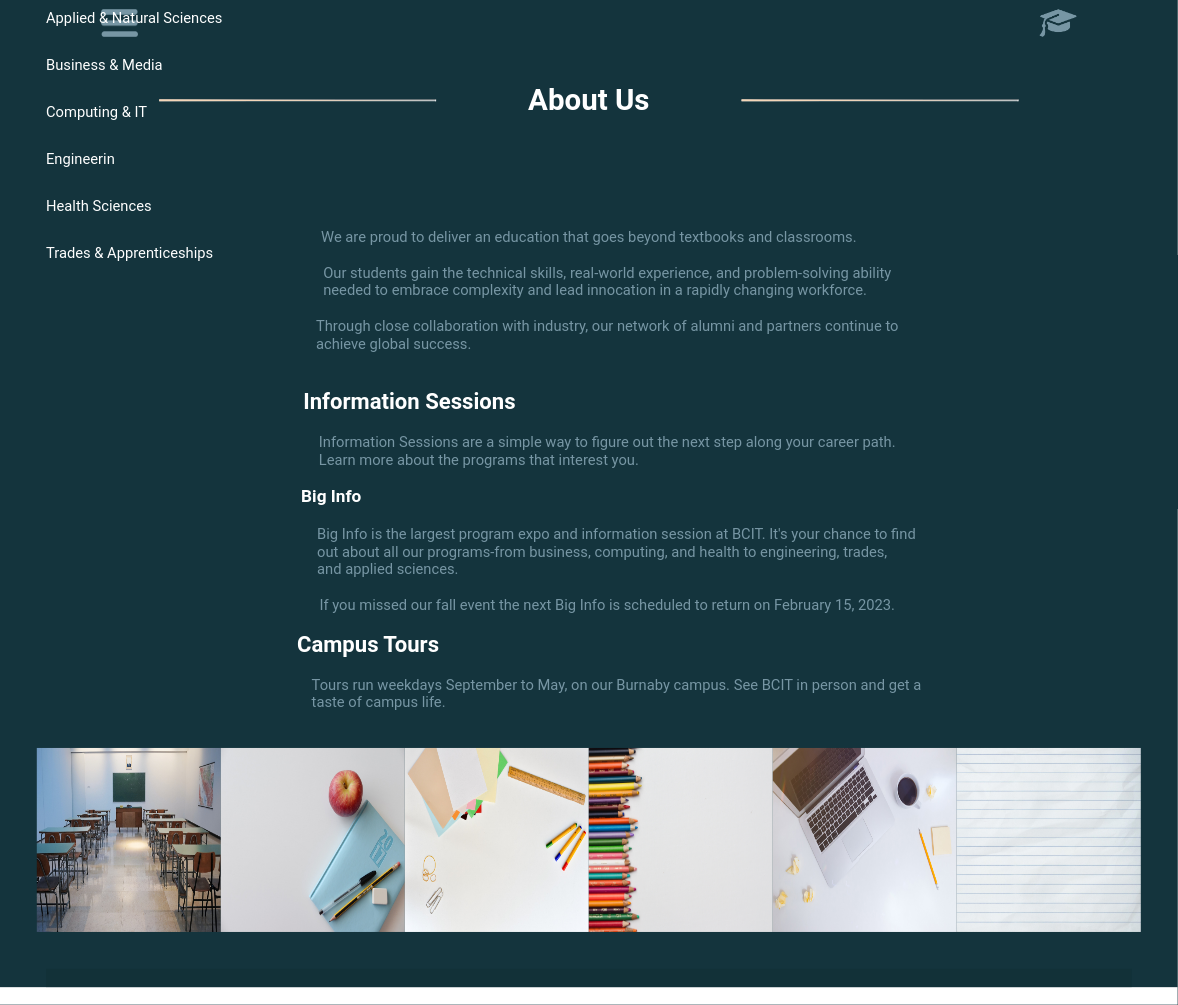
Repository: Sheraliramzan/Aly_A01253508_Assignment1
Page: /about
The author's editor kept a copy of each file at every save. The page is drawn from the files as they stood at one save, then again after a run of saves.
The browser window is 1280 px wide. The pictures show the whole page, at 92% of full size.
The project was rebuilt for these pictures with package versions that can differ from the ones it lists, and the page was loaded fresh each time. The framework's server and built-in components were replaced by stand-ins that run in the browser. Also part of the build but not shown: next.config.js.

Above is the page before, as saved 2023-02-05 10:04:49.

### pages/about.js
import Head from 'next/head'
import Image from 'next/image'
import styles from '../styles/Home.module.css'
import dynamic from "next/dynamic";
import Nav from '../comp/nav/nav';


const About = () => {
  return (
    <>
      <Head>
        <title>About Us</title>
        <meta name="author" content="MDIA 2109" />
        <meta property="og:title" content= 'Assignment #1 - About Us Page'/>
        <meta property="og:description" content= "BCIT Digital Design and Development Diploma"/>
        <meta name="viewport" content="width=device-width, initial-scale=1" />
        <link rel="icon" href="/favicon.png" />
      </Head>
      <main className={styles.main}>
        <div className="aboutcont">
          <Nav/>
          <div>
              <div className='headcont1'>
                <hr className='hori'></hr>
                <h1 className='header'>About Us</h1>
                <hr className='hori1'></hr>
                <h1></h1>
              </div>
              <div className='paracont'>
                <p className='para2'> We are proud to deliver an education that goes beyond textbooks
                  and classrooms.</p>
                <p className='para3'> Our students gain the technical skills, real-world experience,
                  and problem-solving ability <br /> needed to embrace complexity
                  and lead innocation in a rapidly changing workforce.</p>
                <p className='para3'>Through close collaboration with industry, our network of alumni
                  and partners continue to <br /> achieve global success.</p>
              </div>
                <h2 className='header2'> Information Sessions</h2>
                <p className='para3'> Information Sessions are a simple way to figure out the next
                  step along your career path. <br /> Learn more about the
                programs that interest you.</p>
                <h3 className='header3'>Big Info</h3>
              <p className='para4'> Big Info is the largest program expo and information session at
                BCIT. It's your chance to find <br /> out about all our
                programs-from business, computing, and health to engineering,
                trades,
                <br /> and applied sciences.
              </p>
              <p className='para3'>If you missed our fall event the next Big Info is scheduled to
                return on February 15, 2023.
              </p>
              <h2 className="header4">Campus Tours</h2>
              <p className='para4'>  Tours run weekdays September to May, on our Burnaby campus. See
                BCIT in person and get a <br /> taste of campus life.</p>
          </div>
          <div>
            <div id="carouselImage">
                <Image src={"/0.jpg"} width={200} height={200}></Image>
                <Image src={"/1.jpg"} width={200} height={200}></Image>
                <Image src={"/2.jpg"} width={200} height={200}></Image>
                <Image src={"/3.jpg"} width={200} height={200}></Image>
                <Image src={"/4.jpg"} width={200} height={200}></Image>
                <Image src={"/5.jpg"} width={200} height={200}></Image>
            </div >
          </div>
          <div id="testOnImageHere">
                    <ul>
                      <li>Applied & Natural Sciences</li>
                      <li>Business & Media</li>
                      <li>Computing & IT</li>
                      <li>Engineerin</li>
                      <li>Health Sciences</li>
                      <li>Trades & Apprenticeships</li>
                    </ul>
                  </div>
        </div>
        <a>
            <span>
                <img></img>
                <img></img>
            </span>
        </a>
      </main>
    </>
  )
}
export default dynamic (() => Promise.resolve(About), {ssr: false})

### styles/globals.css


* {
  box-sizing: border-box;
  padding: 0;
  margin: 0;
}

html,
body {
  margin: 0;
  padding: 0;
  font-family: "Roboto", sans-serif;
  scrollbar-width: none;

}
.menuimg{
  margin-left: 100px;
}
.gardimg{
  margin-right: 100px;
}
.navcont {
  display: flex;
  align-items: center;
  justify-content: space-between;
  padding: 10px;
}
.menucont{
  position: absolute;
  top: 0rem;
  left: 4rem;
}
a{
  color: var(--primary-color);
  text-decoration: none;
}

ul {
  display: flex;
  flex-direction: column;
  position: absolute;
  top: 10px;
  left: 50px;
  gap: 2rem;
  text-decoration: none;
}

ul > li {
  list-style-type: none;
  text-decoration: none;
  color: var(--primary-color);
}
.listcont{
  position: absolute;
  display: flex;
  align-items: flex-start;
  left: 3rem;
  top: 3rem;
}

.btncont {
  display: flex;
}

.close {
  background-color: transparent;
  border: none;
  font-size: larger;
  color: var(--primary-color);
}

.fullcont{
  width: 100vw;
  height: 100vh;
  background-image: url("/background-images/backgroundMountain.jpg");
  background-size: cover;
}
.but1{
  margin: 2px;
  padding: 5px 15px;
  background: none;
  border: 1px solid var(--primary-color);
  border-radius: 5px;
  color:var(--primary-color) ;
}
.butcont{
 margin-left: 250px;
}

.but1:hover{
  background-color: var( --primary-color);
  color: var(--quinary-color);
}
.downarrow{
  position: relative;
  left: 650px;
  top:50px;
}
.headcont{
  display: flex;
  flex-direction: column;
  width: 25%;
  margin-top: 320px;
  margin-left: 250px;
}
.headhome{
  color: var(--primary-color);
  font-size: 25px;
  margin-bottom: 10px;
}
.horidiv{
  width: 60%;
  border: 1px solid var(--secondary-color);
  margin-bottom: 10px;
}
.para1{
  color: var(--primary-color);
  font-size:12px;
  width: 100%;
  opacity: 0.8;
}
.aboutcont{
  width: 100%;
  background-color: var( --quaternary-color);
  justify-content: center;
}
.hori{
  border-left: 300px solid var(--secondary-color);
  width: 100px;
  height: 1px;
  margin-right: 100px;
}
.hori1{
  border-left: 300px solid var(--secondary-color);
  width: 100px;
  height: 1px;
  margin-left: 100px;
}
.headcont1{
  text-align: center;
  margin-top: 40px;
  display: flex;
  justify-content: center;
  align-items: center;
}
.header{
  color: var(--primary-color);
}
.paracont{
  display: flex;
  flex-direction: column;
  color: var(--ternary-color);
  justify-content: center;
  align-items: center;
  margin-top: 100px;

}
.para2{
  margin-top: 20px;
  margin-bottom: 20px;
}
.header2{
  display: flex;
  flex-direction: column;
  align-items: center;
  margin-right: 390px;
  margin-top: 20px;
  margin-bottom: 20px;
  color: var(--primary-color);
}
.header3{
  display: flex;
  flex-direction: column;
  align-items: center;
  margin-right: 560px;
  margin-top: 20px;
  margin-bottom: 20px;
  color: var(--primary-color);
}
.header4{
  display: flex;
  flex-direction: column;
  align-items: center;
  margin-right: 480px;
  margin-top: 20px;
  margin-bottom: 20px;
  color: var(--primary-color);
}
.para3{
  color: var(--ternary-color);
  display: flex;
  align-items: center;
  justify-content: center;
  margin-bottom: 20px;
  margin-left: 40px;
}
.para4{
  color: var(--ternary-color);
  display: flex;
  align-items: center;
  justify-content: center;
  margin-bottom: 20px;
  margin-left: 60px;
}
#carouselImage{
  height: 200px;
  background-repeat: no-repeat;
  background-size: cover;
  display: flex;
  justify-content: center;
  align-items: center;
  margin: 40px 0px;
}
#testOnImageHere{
  background-color: rgba(16, 46, 53, 0.5);
  padding: 10px;
  margin: 0px 50px;
}

### styles/variables.css
:root{
    --primary-color:#fff;
    --secondary-color:#f4d6b9;
    --ternary-color: #7796a4;
    --quaternary-color:#14343d;
    --quinary-color:rgba(16,46,53,0.5);
}

### styles/Home.module.css
.main {
  display: flex;
  flex-direction: column;
  justify-content: space-between;
  align-items: center;
}

### comp/nav/nav.js
import Head from 'next/head'
import Image from 'next/image'
import { useState } from 'react'
import { useRouter } from 'next/router'
import Link from 'next/link'

export default function Nav(){
    const [isMenuOpen, setIsMenuOpen] = useState(false);
  const handleClick = () => {
    setIsMenuOpen(!isMenuOpen);
  };
  const router = useRouter();
    return (
    <>
        <div className="navcont">
              <Image alt='menu' className='menuimg'
                src={"/icons/menu-icon.png"}
                width={40}
                height={30}
                onClick={handleClick}
              />
              <Image alt='grad' className='gardimg' src={"/icons/graduation-hat.png"} width={40} height={30} />
          </div>
          {isMenuOpen && (
            <div className="menucont">
              <div className="listcont">
                <div className="btncont">
                  <button className="close" onClick={handleClick}>
                    X
                  </button>
                </div>
                <div>
                  <ul>
                    <li>
                      <a href="#">Home</a>
                    </li>
                    <li>
                      <a href="/about">About</a>
                    </li>
                    <li>
                      <a href="/contact">Contact</a>
                    </li>
                  </ul>
                </div>
              </div>
              <Image alt='bar'
                src={"/background-images/menuBackground.png"}
                width={240}
                height={240}
              />
            </div>
          )}
    </>
    )
}

Loaded but not shown: pages/_app.js (common file); pages/_document.js (common file)

After the next 2 saves:
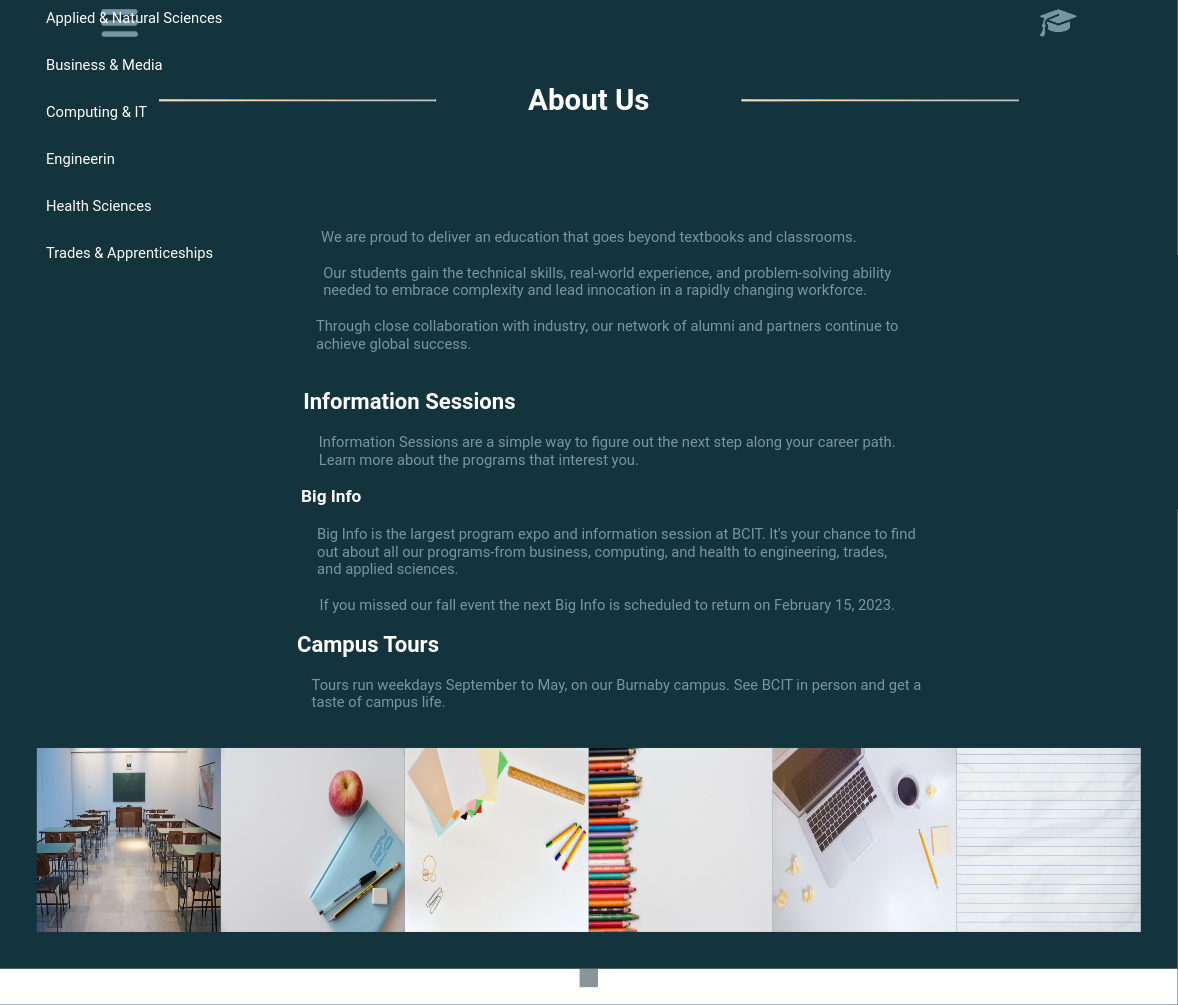
The 2 saves are shown as one change because they came seconds apart.
The last was saved 7 s later.
--- a/pages/about.js
+++ b/pages/about.js
@@ -63,7 +63,9 @@
                 <Image src={"/5.jpg"} width={200} height={200}></Image>
             </div >
           </div>
-          <div id="testOnImageHere">
+
+        </div>
+        <div id="testOnImageHere">
                     <ul>
                       <li>Applied & Natural Sciences</li>
                       <li>Business & Media</li>
@@ -73,7 +75,6 @@
                       <li>Trades & Apprenticeships</li>
                     </ul>
                   </div>
-        </div>
         <a>
             <span>
                 <img></img>

After the 2 saves that followed:
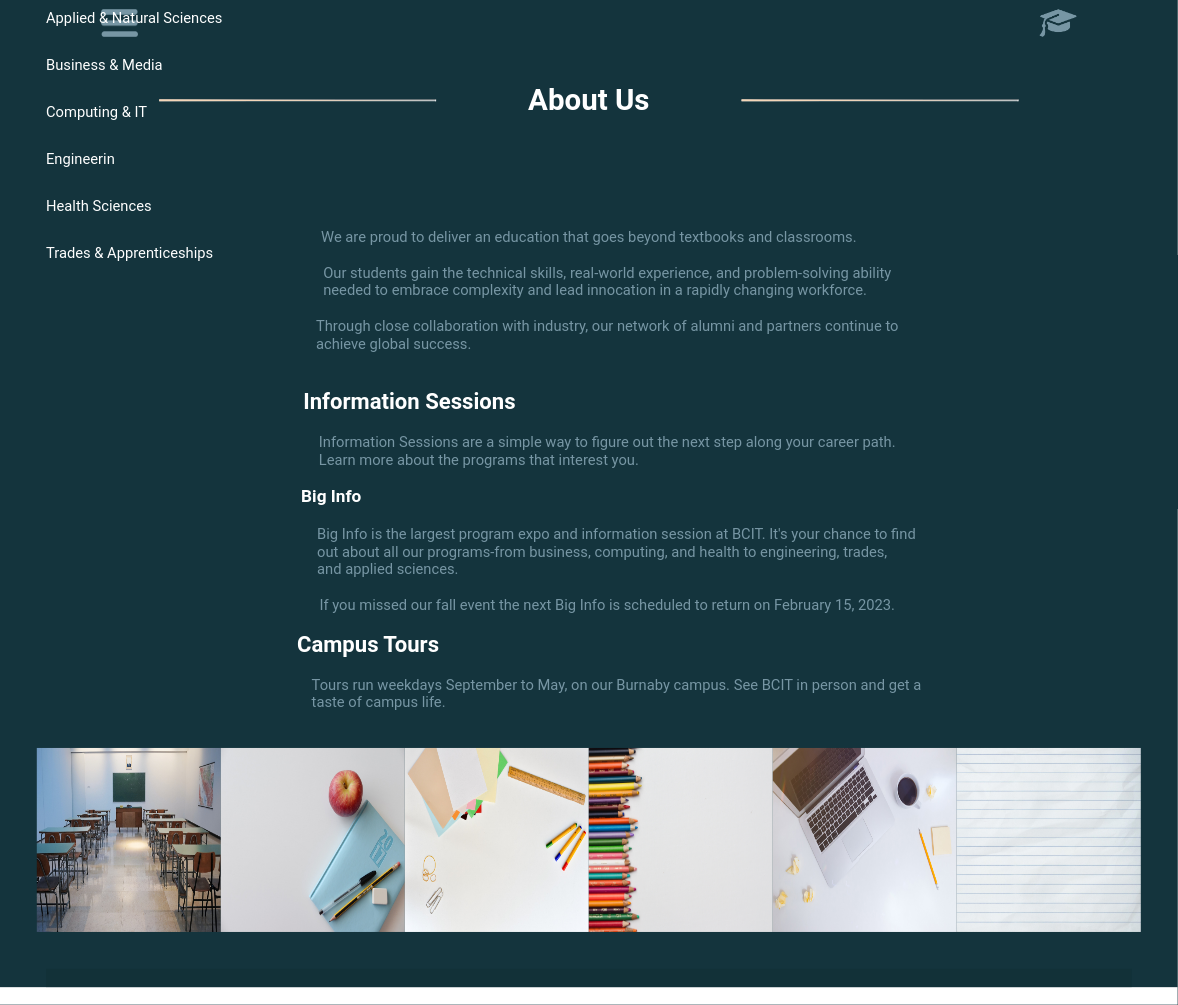
The 2 saves are shown as one change because they came seconds apart.
The last was saved 12 s later.
--- a/pages/about.js
+++ b/pages/about.js
@@ -62,10 +62,7 @@
                 <Image src={"/4.jpg"} width={200} height={200}></Image>
                 <Image src={"/5.jpg"} width={200} height={200}></Image>
             </div >
-          </div>
-
-        </div>
-        <div id="testOnImageHere">
+                  <div id="testOnImageHere">
                     <ul>
                       <li>Applied & Natural Sciences</li>
                       <li>Business & Media</li>
@@ -75,6 +72,8 @@
                       <li>Trades & Apprenticeships</li>
                     </ul>
                   </div>
+          </div>
+        </div>
         <a>
             <span>
                 <img></img>
